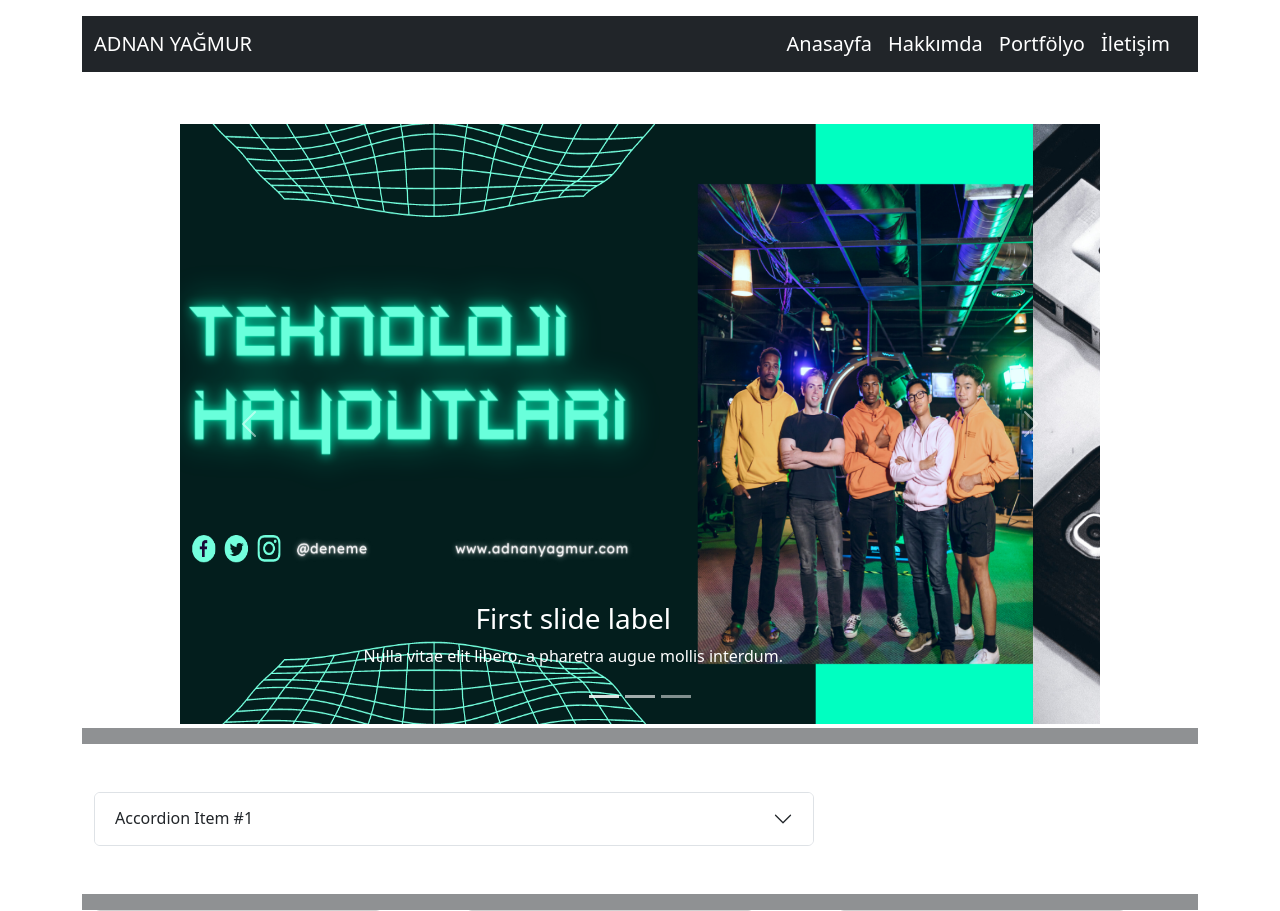
Repository: adnanyagmur/react-bootstrap-example
Page: /
An editor plug-in stored every save of this project. The page is shown before and after the next save, followed by the edit.
The browser window is 1280 px wide. The pictures show the part of the page from y = 0 to 911 px (the page is 1938 px tall before and 1970 px after).
Pictures or frames that could not be fetched are drawn as grey boxes. The project was rebuilt for these pictures with package versions that can differ from the ones it lists, and the page was loaded fresh each time.

Above is the page before, as saved 2022-06-29 12:10:28.

After the next save:
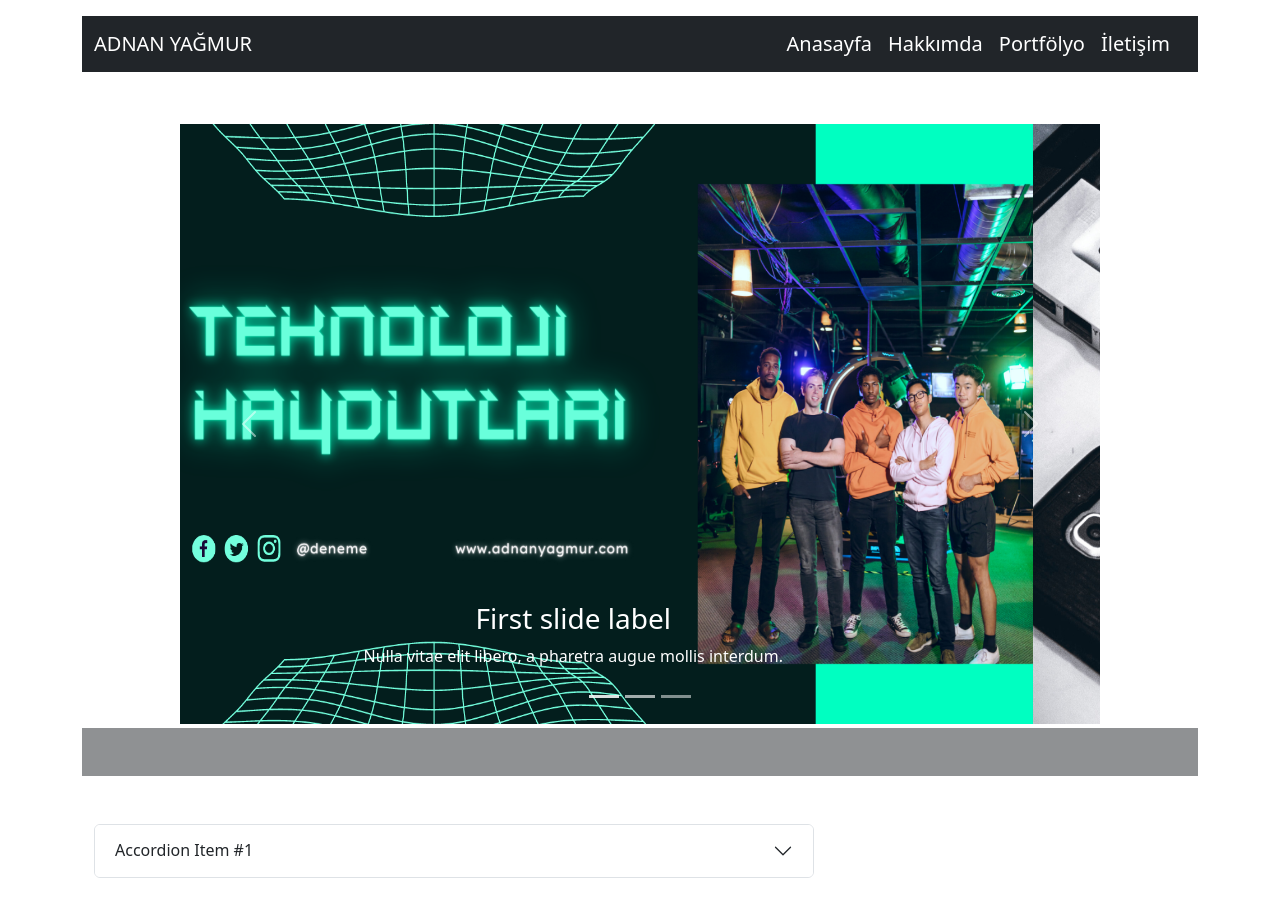
Saved 41 s later.
--- a/src/appComponents/AppContainer.jsx
+++ b/src/appComponents/AppContainer.jsx
@@ -5,7 +5,7 @@ const AppContainer = () => {
     return (
        <Container>
         <Row>
-        <Placeholder xs={12} bg="dark" />
+        <Placeholder className="pt-5" xs={12} bg="dark" />
         </Row>
         <Row>
         <Col sm={8}>
